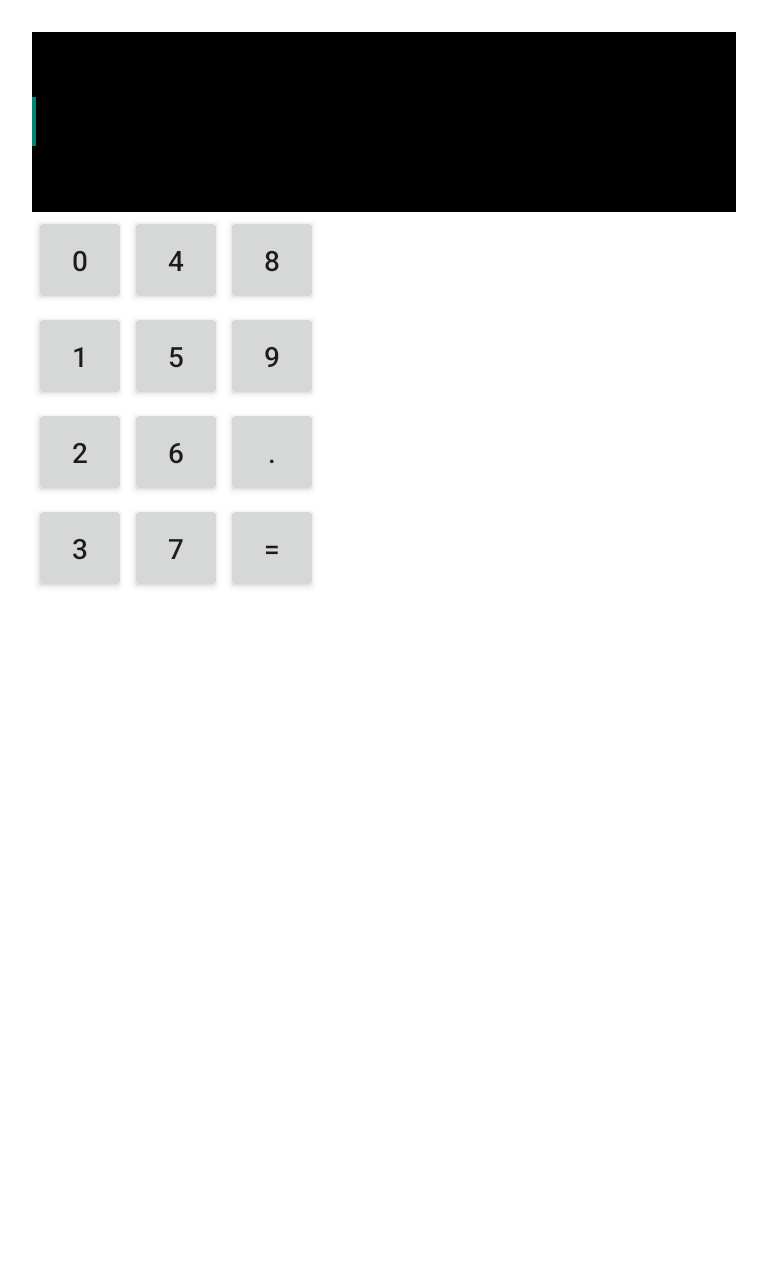
Repository: roopasree/new-pgm
Layout: Newapp/res/layout/ctivity3_main.xml
The author's editor kept a copy of each file at every save. The layout is drawn from the files as they stood at one save, then again after the next save.
It is drawn on a 768 x 1280 px phone screen (xhdpi) without system bars, with theme AppTheme; the app's code is not run.

Above is the layout before, as saved 2015-02-16 05:45:01.

After the next save:
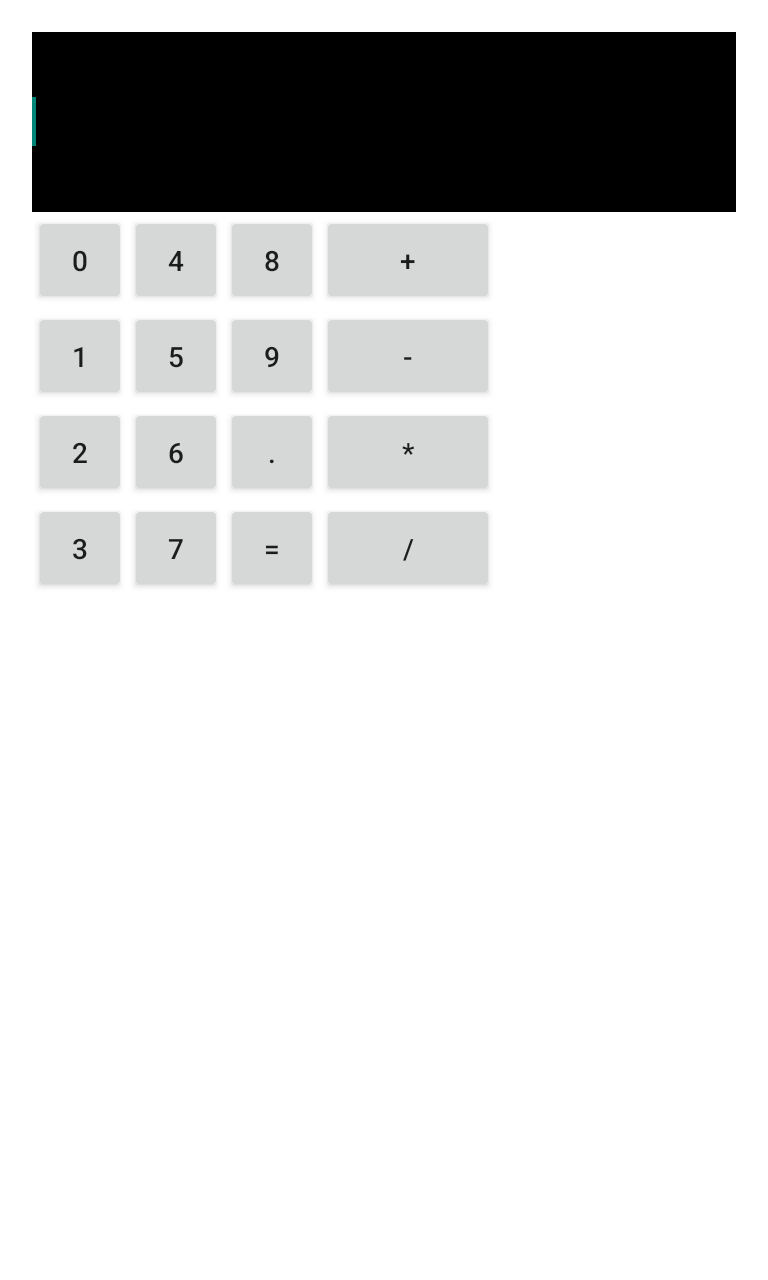
Saved 107 s later.
--- a/Newapp/res/layout/ctivity3_main.xml
+++ b/Newapp/res/layout/ctivity3_main.xml
@@ -146,6 +146,39 @@
                 android:text="=" />
 
         </LinearLayout>
+
+        <LinearLayout
+            android:layout_width="wrap_content"
+            android:layout_height="match_parent"
+            android:layout_weight="1.0"
+            android:orientation="vertical" >
+
+            <Button
+                android:id="@+id/button13"
+                android:layout_width="wrap_content"
+                android:layout_height="wrap_content"
+                android:text="+" />
+
+            <Button
+                android:id="@+id/button14"
+                android:layout_width="wrap_content"
+                android:layout_height="wrap_content"
+                android:text="-" />
+
+            <Button
+                android:id="@+id/button15"
+                android:layout_width="wrap_content"
+                android:layout_height="wrap_content"
+                android:text="*" />
+
+            <Button
+                android:id="@+id/button16"
+                android:layout_width="wrap_content"
+                android:layout_height="wrap_content"
+                android:text="/" />
+
+        </LinearLayout>
+
     </LinearLayout>
 
 </RelativeLayout>
